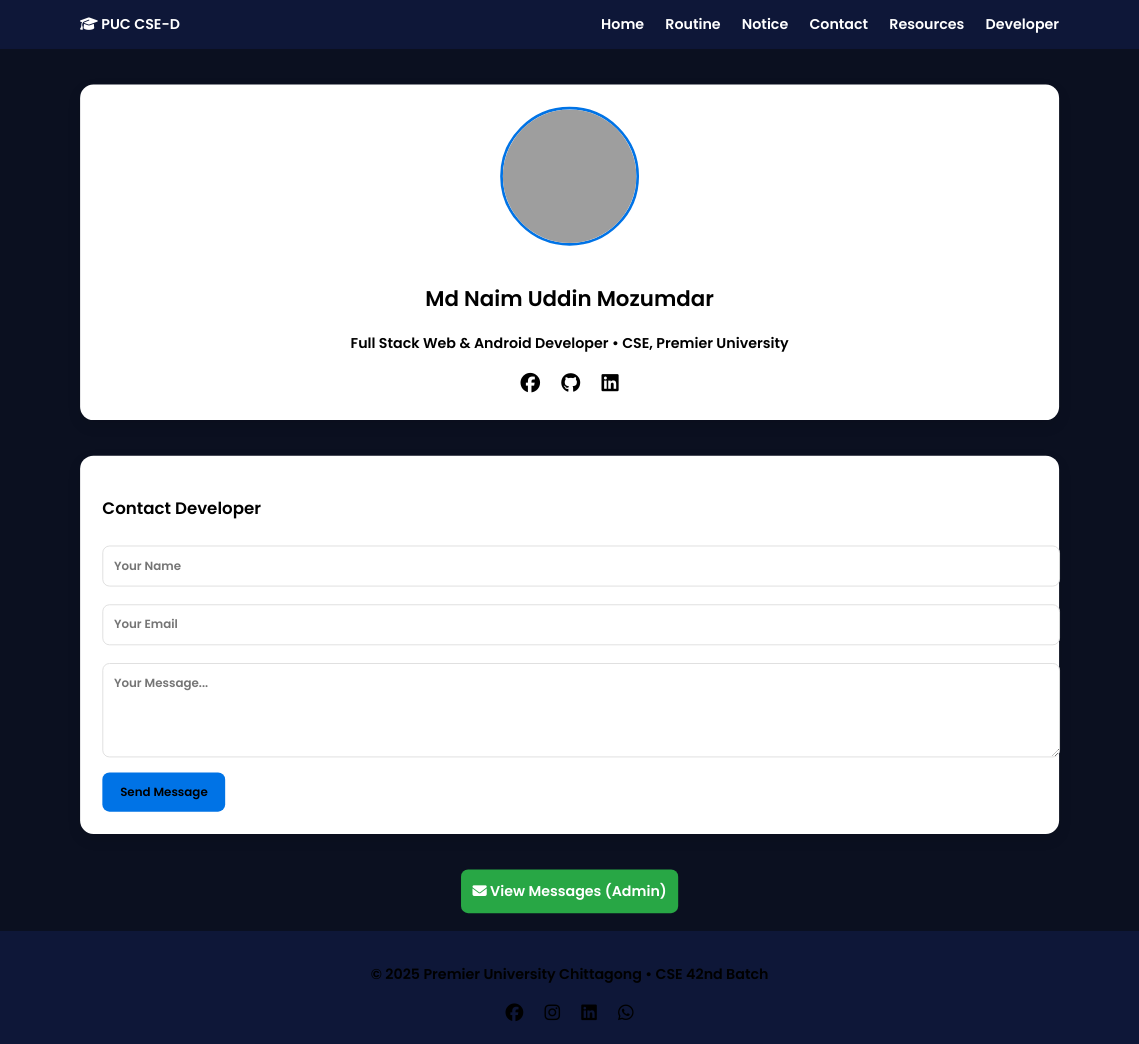
Repository: naimuddin1190/puc-class-management
Page: http://localhost/developer.php
These files come from the project's save history. The page is drawn as it stood at one moment and after the next save; the edit follows.
The browser window is 1280 px wide. The pictures show the whole page, at 89% of full size.
Pictures or frames that could not be fetched are drawn as grey boxes. The page is run by PHP 8.4 with error messages shown; the project is at /var/www/html/.

Above is the page before, as saved 2025-09-04 00:43:39.

### developer.php
<?php
session_start();
require "config.php";

// Handle contact form submit
if ($_SERVER["REQUEST_METHOD"] == "POST" && isset($_POST['contact_submit'])) {
    $name = $conn->real_escape_string($_POST['name']);
    $email = $conn->real_escape_string($_POST['email']);
    $message = $conn->real_escape_string($_POST['message']);

    $sql = "INSERT INTO developer_messages (name, email, message) VALUES ('$name','$email','$message')";
    if ($conn->query($sql) === TRUE) {
        $success = "✅ Your message has been sent successfully!";
    } else {
        $error = "❌ Error: " . $conn->error;
    }
}
?>
<!DOCTYPE html>
<html lang="en">
<head>
  <meta charset="UTF-8">
  <meta name="viewport" content="width=device-width, initial-scale=1">
  <title>Developer Info • PUC Section-D</title>
  <link href="https://fonts.googleapis.com/css2?family=Poppins:wght@300;400;600;700&display=swap" rel="stylesheet">
  <link href="https://cdnjs.cloudflare.com/ajax/libs/font-awesome/6.5.0/css/all.min.css" rel="stylesheet">
  <link rel="stylesheet" href="style.css">
  <style>
    /* Font & Color Fixes */
    body, h1, h2, h3, h4, h5, h6, p, a, li, input, textarea, button {
        font-family: 'Poppins', sans-serif;
        color: #000 !important;
        font-weight: 600 !important;
        opacity: 1 !important;
    }
    /* Navbar white */
    .nav .menu a, .nav .brand {
        color: #fff !important;
        font-weight: 600;
    }
    .nav .menu a:hover { color: #ffcc00 !important; }
    /* Footer */
    .footer p, .footer .socials a {
        color: #000 !important;
        font-weight: 600;
    }
    /* Buttons */
    .btn, .admin-btn, .btn-logout { color: #fff !important; font-weight:600; opacity:1; }
    .btn:hover, .admin-btn:hover, .btn-logout:hover { opacity:0.9; }
    /* Input/textarea */
    input, textarea { color:#000 !important; opacity:1; }
    /* Developer Card & Contact Form */
    .dev-card {text-align:center; background:#fff; padding:25px; border-radius:15px; box-shadow:0 6px 15px rgba(0,0,0,0.1); margin:40px auto;}
    .dev-photo {width:150px; height:150px; border-radius:50%; object-fit:cover; margin-bottom:15px; border:3px solid #0073e6;}
    .dev-socials a {margin:0 10px; font-size:22px; color:#0073e6; transition:color 0.3s;}
    .dev-socials a:hover {color:#ff6600;}
    .contact-form {background:#fff; padding:25px; border-radius:15px; box-shadow:0 6px 15px rgba(0,0,0,0.1); margin:40px auto;}
    .contact-form input, .contact-form textarea {width:100%; padding:12px; margin:10px 0; border-radius:8px; border:1px solid #ddd;}
    .contact-form button {padding:12px 20px; background:#0073e6; color:#fff; border:none; border-radius:8px; cursor:pointer;}
    .contact-form button:hover {background:#005bb5;}
    .alert {padding:10px; margin-bottom:15px; border-radius:8px; font-size:14px;}
    .success {background:#d4edda; color:#155724;}
    .error {background:#f8d7da; color:#721c24;}
    .admin-btn {display:block; width:220px; margin:20px auto; padding:12px; background:#28a745; text-align:center; border-radius:8px; text-decoration:none;}
    .admin-btn:hover {background:#218838;}
  </style>
</head>
<body>

<!-- NAVBAR -->
<nav class="nav">
  <div class="nav-inner container">
    <div class="brand"><i class="fa-solid fa-graduation-cap"></i> PUC CSE-D</div>
    <div class="menu">
      <a href="index.html#home">Home</a>
      <a href="index.html#routine">Routine</a>
      <a href="index.html#notice">Notice</a>
      <a href="index.html#contact">Contact</a>
      <a href="resources.php">Resources</a>
      <a href="developer.php">Developer</a>
    </div>
  </div>
</nav>

<div class="container">
  <!-- Developer Info -->
  <div class="dev-card">
    <img src="images/developer.jpg" alt="Developer Photo" class="dev-photo">
    <h2>Md Naim Uddin Mozumdar</h2>
    <p>Full Stack Web & Android Developer • CSE, Premier University</p>
    <div class="dev-socials">
      <a href="https://facebook.com/yourprofile" target="_blank"><i class="fab fa-facebook"></i></a>
      <a href="https://github.com/yourgithub" target="_blank"><i class="fab fa-github"></i></a>
      <a href="https://linkedin.com/in/yourlinkedin" target="_blank"><i class="fab fa-linkedin"></i></a>
    </div>
  </div>

  <!-- Contact Form -->
  <div class="contact-form">
    <h3>Contact Developer</h3>
    <?php if(isset($success)) echo "<div class='alert success'>$success</div>"; ?>
    <?php if(isset($error)) echo "<div class='alert error'>$error</div>"; ?>
    <form method="POST">
      <input type="text" name="name" placeholder="Your Name" required>
      <input type="email" name="email" placeholder="Your Email" required>
      <textarea name="message" rows="4" placeholder="Your Message..." required></textarea>
      <button type="submit" name="contact_submit">Send Message</button>
    </form>
  </div>

  <!-- Admin Button -->
  <a href="admin.php" class="admin-btn"><i class="fa-solid fa-envelope"></i> View Messages (Admin)</a>
</div>

<!-- FOOTER -->
<footer class="footer">
  <p>© 2025 Premier University Chittagong • CSE 42nd Batch</p>
  <div class="socials">
    <a href="https://facebook.com"><i class="fab fa-facebook"></i></a>
    <a href="https://instagram.com"><i class="fab fa-instagram"></i></a>
    <a href="https://linkedin.com"><i class="fab fa-linkedin"></i></a>
    <a href="https://chat.whatsapp.com/your-group-link"><i class="fab fa-whatsapp"></i></a>
  </div>
</footer>

</body>
</html>

### config.php
<?php
// Database connection
$host = "localhost";
$user = "root";
$pass = "";
$dbname = "puc_portal_db";

$conn = new mysqli($host, $user, $pass, $dbname);
if ($conn->connect_error) {
    die("Connection failed: " . $conn->connect_error);
}

// Admin PIN (🔒 তোমার মতো করে সেট করো)
$ADMIN_PIN = "1234";
?>

### style.css
:root {
  --bg: #0b1020;
  --card: #111a3a;
  --primary: #6d5ef6;
  --danger: #ef4444;
  --text: #e5e7eb;
}

body {
  margin: 0;
  font-family: 'Poppins', sans-serif;
  background: var(--bg);
  color: var(--text);
}

.container {
  width: min(1100px, 90%);
  margin: auto;
}

.section {
  padding: 50px 0;
}

/* Navbar */
.nav {
  background: #0e1738;
  position: sticky;
  top: 0;
  z-index: 100;
}
.nav-inner {
  display: flex;
  justify-content: space-between;
  align-items: center;
  padding: 15px 0;
}
.menu a {
  margin-left: 20px;
  text-decoration: none;
  color: var(--text);
}
.menu a:hover {
  color: var(--primary);
}

/* Hero */
.hero {
  display: flex;
  justify-content: space-between;
  align-items: center;
}
.clock-area {
  text-align: center;
}
#digitalClock {
  margin-top: 10px;
  font-size: 20px;
}

/* Routine */
#routineTable table {
  width: 100%;
  border-collapse: collapse;
}
#routineTable th, #routineTable td {
  border: 1px solid #444;
  padding: 8px;
  text-align: center;
}

/* Notices */
#noticeList {
  list-style: none;
  padding: 0;
}
#noticeList li {
  background: var(--card);
  padding: 10px;
  margin-bottom: 8px;
  border-radius: 5px;
  display: flex;
  flex-direction: column;
}
#noticeList small {
  font-size: 12px;
  color: #bbb;
  margin-bottom: 5px;
}
.delete-btn {
  background: transparent;
  border: none;
  color: var(--danger);
  cursor: pointer;
  font-size: 16px;
  align-self: flex-end;
}
.delete-btn:hover {
  color: #ff5555;
}
textarea {
  width: 100%;
  height: 80px;
  margin-top: 10px;
  padding: 8px;
  border-radius: 5px;
  border: none;
}

/* Contact */
.contact-grid {
  display: grid;
  grid-template-columns: repeat(auto-fit,minmax(220px,1fr));
  gap: 20px;
}
.card {
  background: var(--card);
  padding: 20px;
  border-radius: 10px;
}

/* Footer */
.footer {
  text-align: center;
  padding: 20px;
  background: #0e1738;
}
.footer .socials a {
  margin: 0 10px;
  color: var(--text);
  font-size: 20px;
}
.footer .socials a:hover {
  color: var(--primary);
}

/* Buttons & Admin Panel */
.btn {
  background: var(--primary);
  color: white;
  border: none;
  padding: 10px 15px;
  border-radius: 8px;
  cursor: pointer;
}
.btn:hover {
  opacity: 0.9;
}
.admin-panel {
  margin-top: 15px;
}
.admin-panel input, .admin-panel select {
  margin: 5px;
  padding: 8px;
  border-radius: 5px;
  border: none;
}





/* Admin panel (already exists? then keep whichever is nicer) */
.admin-panel {
  background: #0d1533;
  padding: 14px;
  border-radius: 10px;
  margin-top: 18px;
}

/* Bigger Notice box */
#newNotice {
  width: 100%;
  min-height: 110px;
  padding: 10px;
  border-radius: 10px;
  border: 1px solid #444;
  background: var(--card);
  color: var(--text);
  resize: vertical;
}

After the next save:
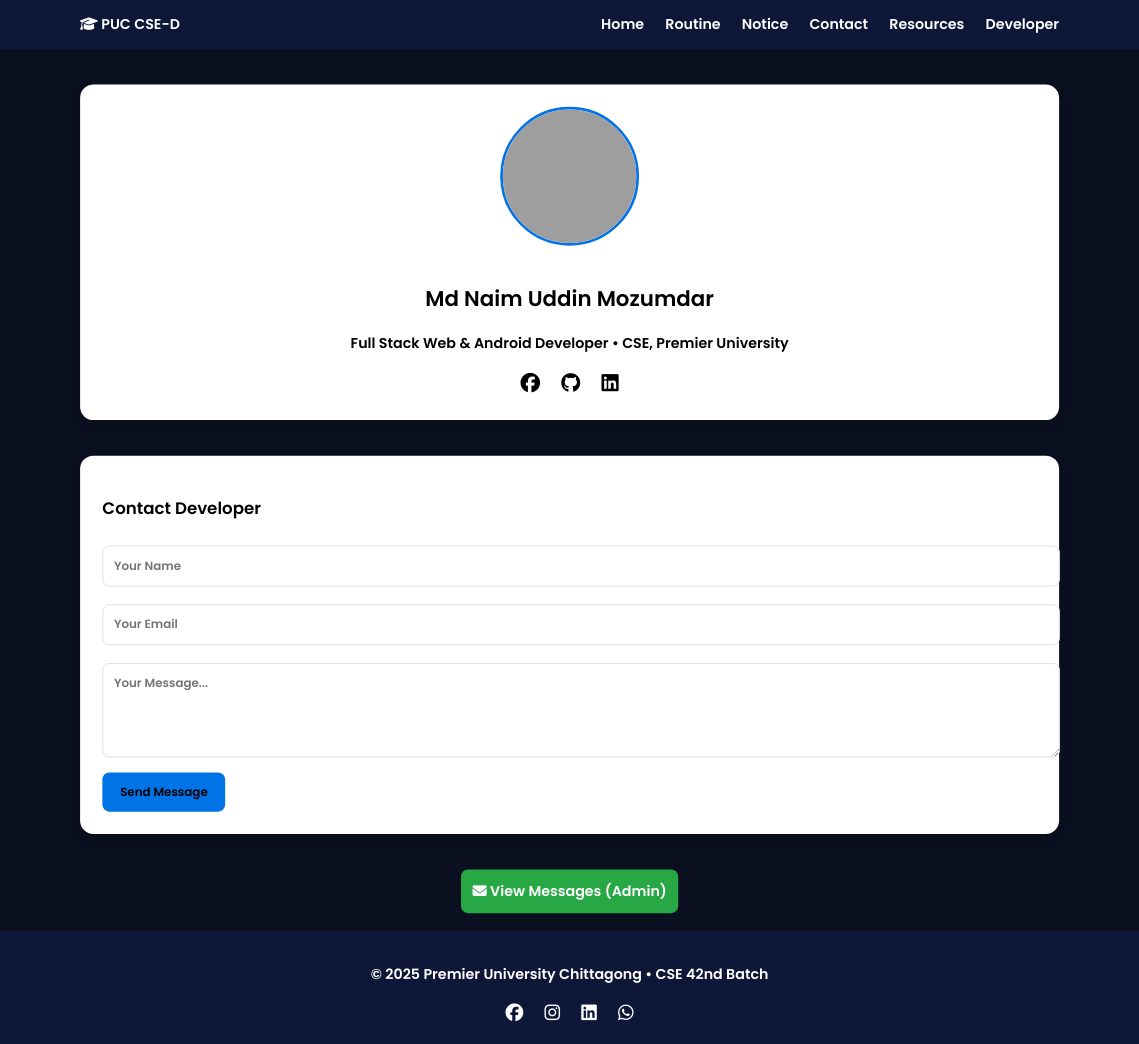
Saved 42 s later.
--- a/developer.php
+++ b/developer.php
@@ -41,7 +41,7 @@ if ($_SERVER["REQUEST_METHOD"] == "POST" && isset($_POST['contact_submit'])) {
     .nav .menu a:hover { color: #ffcc00 !important; }
     /* Footer */
     .footer p, .footer .socials a {
-        color: #000 !important;
+        color: #fff !important;
         font-weight: 600;
     }
     /* Buttons */
